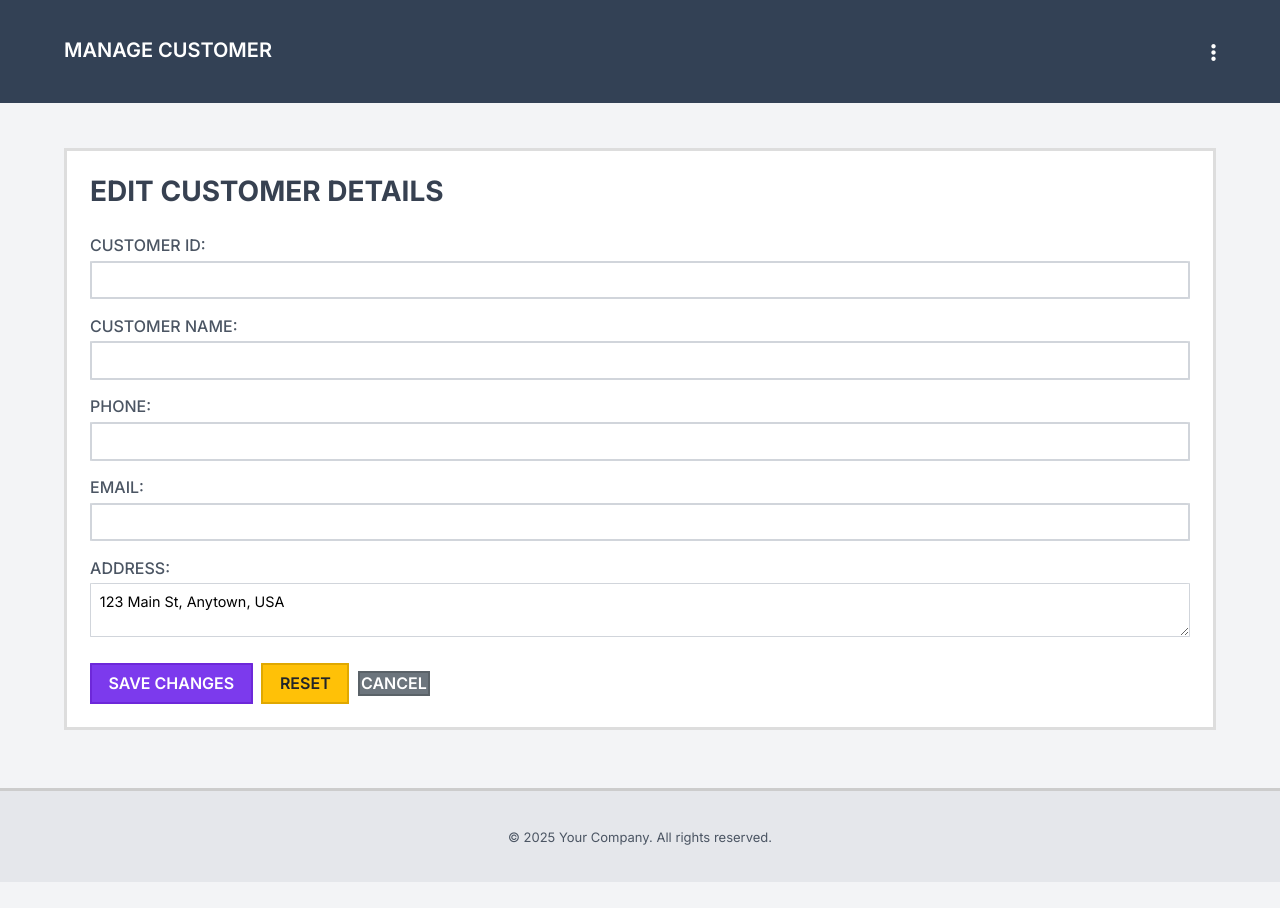
Repository: apprameyu0903/Saasant-Apprameyu
Page: http://localhost/BillingSystemWebProject/edit_customer.jsp
These files come from the project's save history. The page is drawn as it stood at one moment and after the next save; the edit follows.
The browser window is 1280 px wide. The pictures show the whole page.
The page is served by Tomcat 9.

Above is the page before, as saved 2025-05-12 13:21:51.

After the next save:
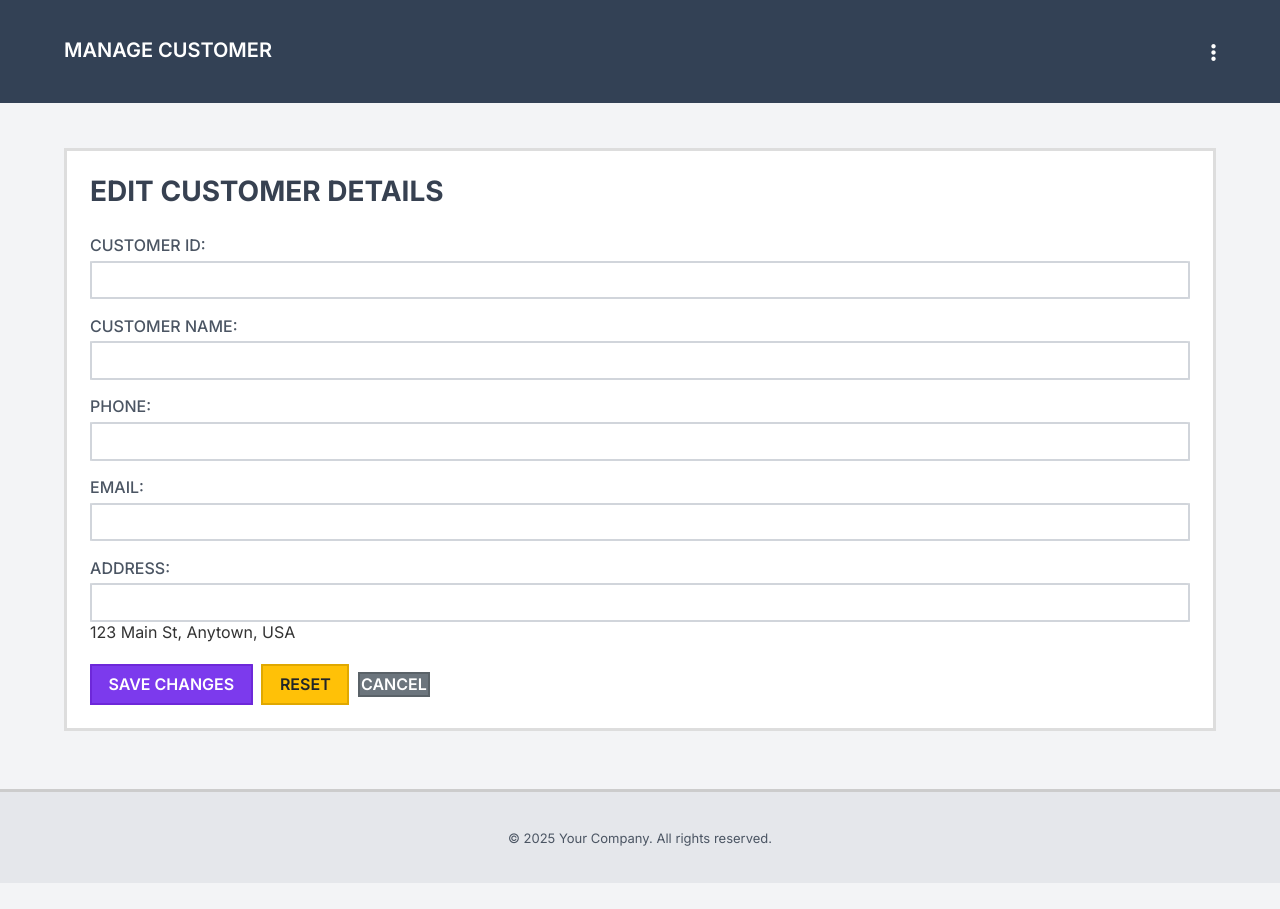
Saved 2 min 52 s later.
--- a/eclipse-workspace/BillingSystemWebProject/src/main/webapp/edit_customer.jsp
+++ b/eclipse-workspace/BillingSystemWebProject/src/main/webapp/edit_customer.jsp
@@ -61,7 +61,7 @@
 
                 <div class="form-group">
                     <label for="cust-address" class="form-label">ADDRESS:</label>
-                    <textarea id="cust-address" name="custAddress" class="form-textarea">123 Main St, Anytown, USA</textarea>
+                    <input id="cust-address" name="custAddress" class="form-input">123 Main St, Anytown, USA</textarea>
                 </div>
 
                 <div class="form-actions">
